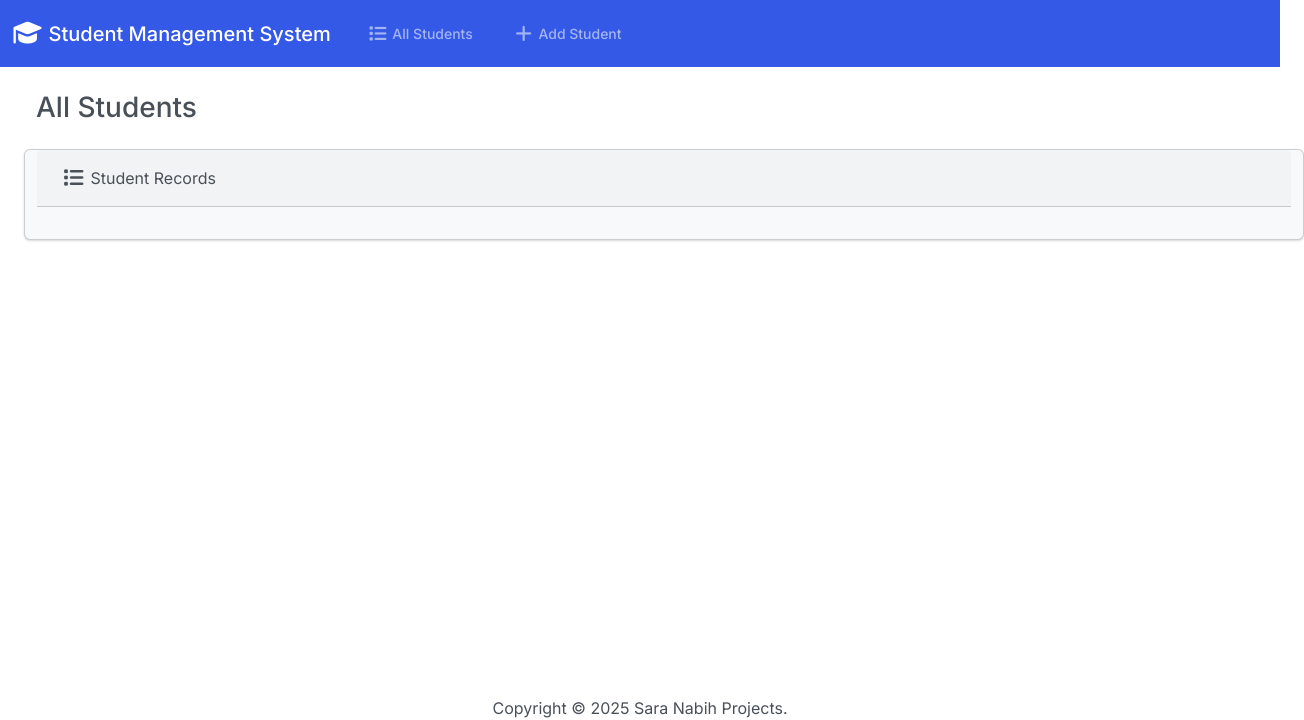
Repository: saraanbih/Student-Management-System
Page: http://localhost/
The author's editor kept a copy of each file at every save. The page is drawn from the files as they stood at one save, then again after the next save.
The browser window is 1280 px wide. The page is 1304 px wide, so the pictures cover 1304 px, including what lies to the right of the window. The pictures show the whole page.
Some web libraries are served in a nearby version. The page is served by the project's application, run on Django 5.2 (manage.py). The page reads the database file committed with the project.

Above is the page before, as saved 2025-09-11 16:08:51.

After the next save:
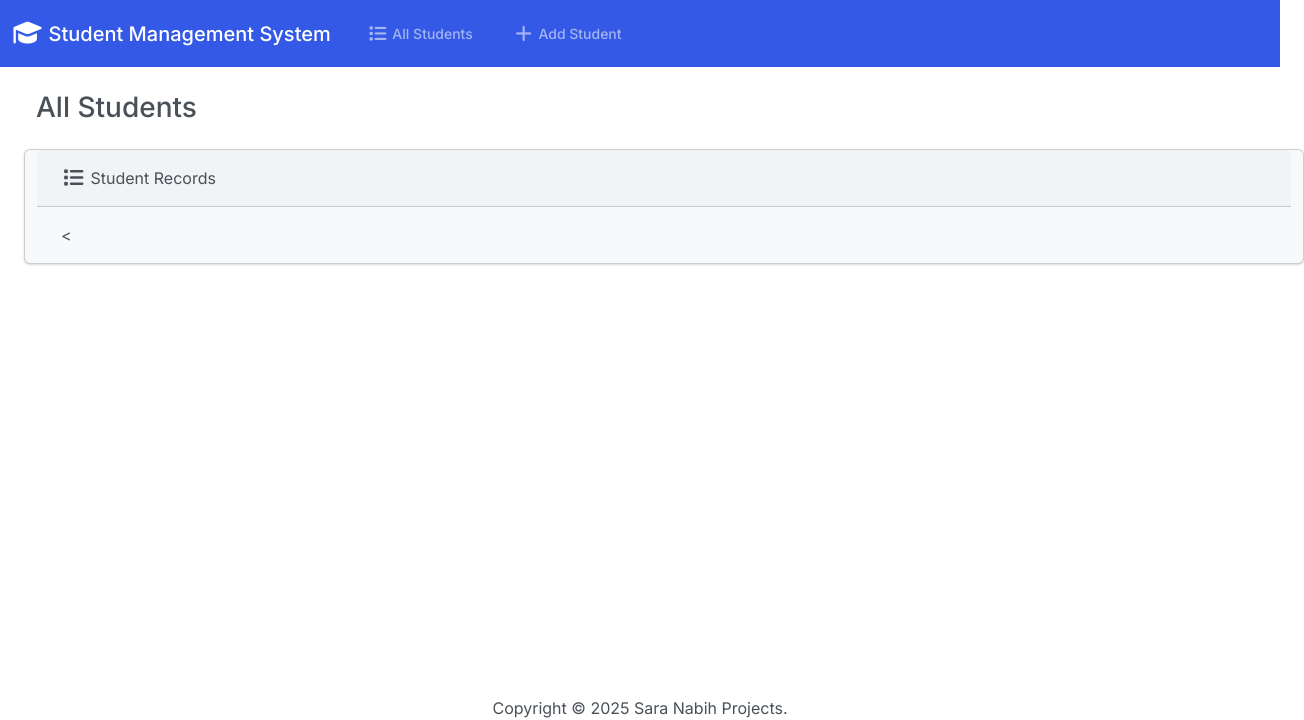
Saved 71 s later.
--- a/students/templates/students/index.html
+++ b/students/templates/students/index.html
@@ -53,7 +53,9 @@
                   <i class="fa-solid fa-list fa-lg"></i> Student Records
               </div>
               <div class="card-body">
-                <p class="card-text"></p>
+                <p class="card-text">
+                  <
+                </p>
               </div>
             </div>
           {% else %}
